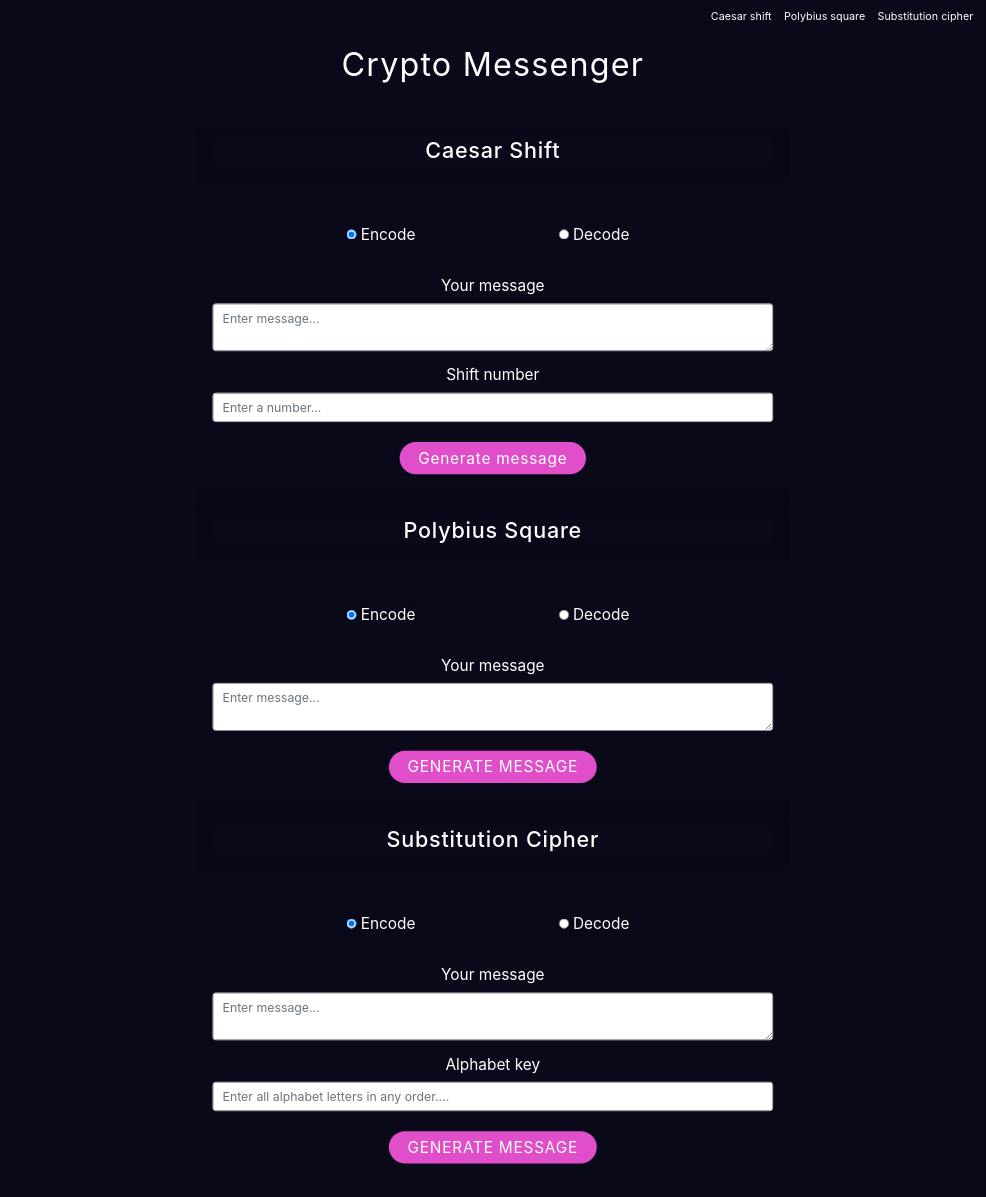
Repository: Rthompson2548/Project-Decoder-Ring
Page: index.html
An editor plug-in stored every save of this project. The page is shown before and after the next save, followed by the edit.
The browser window is 1280 px wide. The pictures show the whole page, at 77% of full size.

Above is the page before, as saved 2022-04-09 20:26:08.

### index.html
<!DOCTYPE html>
<html lang="en">

<head>
  <!-- Required meta tags -->
  <meta charset="utf-8" />
  <meta name="viewport" content="width=device-width, initial-scale=1, shrink-to-fit=no" />
  <link rel="icon" href="images/favicon.ico" />
  <link rel="stylesheet" type="text/css" href="index.css" />
  <link rel="stylesheet" href="https://stackpath.bootstrapcdn.com/bootstrap/4.5.2/css/bootstrap.min.css"
    integrity="sha384-JcKb8q3iqJ61gNV9KGb8thSsNjpSL0n8PARn9HuZOnIxN0hoP+VmmDGMN5t9UJ0Z" crossorigin="anonymous" />
<link rel="preconnect" href="https://fonts.googleapis.com">
<link rel="preconnect" href="https://fonts.gstatic.com" crossorigin>
<link href="https://fonts.googleapis.com/css2?family=Archivo&family=Montserrat&family=Work+Sans&display=swap"
  rel="stylesheet">
  <title>Crypto-Messenger</title>
</head>

<body>
  <header class="container-fluid border-0">
    <div class="nav-bar fixed-top">
      <div class="nav-bar">
        <a href="#caesar-shift"> <span class="nav-bar-item">
            Caesar shift
          </span> </a>
          <a href="#polybius-square"> <span class="nav-bar-item">
            Polybius square
          </span> </a>
          <a href="#substitution-cipher"> <span class="nav-bar-item">
            Substitution cipher
          </span> </a>
      </div>
    </div>
  </header>
  <main>
    <div class="header">
      <span class="page-title">
        Crypto Messenger
      </span>
      <!-- <p>Use ciphers to encode & decode messages</p> -->
      </div>

    <div class="page-content">
      <!-- Caesar Shift -->
      <section>
        <div class="language-card" id="caesar-shift">
          <div class="card-header">
            <h2 class="language-card-title">Caesar Shift</h2>
            </div>
            <div class="card-body">

            <form id="caesar">
<!-- encode/decode radio option buttons -->
              <div class="encode-decode-options">
                <!-- encode option radio button -->
                <div class="form-check form-check-inline">
                  <input class="form-check-input" type="radio" name="caesar-options" id="caesar-options-encode" value="encode" checked />

                  <label class="form-check-label" for="caesar-options-encode">
                    Encode
                  </label>

                </div>
<!-- decode option radio button -->
                <div class="form-check form-check-inline">
                  <input class="form-check-input" type="radio" name="caesar-options" id="caesar-options-decode" value="decode" />

                  <label class="form-check-label" for="caesar-options-decode">
                    Decode
                  </label>

                </div>
              </div>

              <div class="form-group">
                <label for="caesar-input">Your message</label>
                <textarea class="form-control" id="caesar-input" rows="2" placeholder="Enter message..."></textarea>
                </div>
                <div class="form-group">
                  <label for="caesar-shift">Shift number</label>
                  <input type="number" class="form-control" id="caesar-shift" placeholder="Enter a number..." />
                </div>
              <div class="submit-button-container">
                <button class="submit-button" type="submit">Generate message</button>
              </div>
            </form>
            </div>
          <div id="caesar-alert" class="alert alert-danger d-none" role="alert"> Something went wrong! Check your input
            and the shift amount and try again. </div>
          <div class="card-footer"><span class="font-weight-bold" id="caesar-output"></span> </div>
          </div>
          </section>
      <!-- Polybius -->
      <section>
        <div class="language-card" id="polybius-square">
          <div class="card-header">
            <h2 class="language-card-title">Polybius Square</h2>
            </div>
            <div class="card-body">
            <!-- <p class="language-card-description"> The Polybius Square is a cipher that is achieved by arranging a
              typical alphabet into a grid. Each letter is represented through a coordinate. For example, in the above
              table, the letter "B" would be represented by the numerical pair "21". </p> -->
            <form id="polybius">
              <div class="encode-decode-options">
                <div class="form-check form-check-inline">
                  <input class="form-check-input" type="radio" name="polybius-options" id="polybius-options-encode" value="encode"
                    checked />
                  <label class="form-check-label" for="polybius-options-encode">Encode</label>
                </div>
                <div class="form-check form-check-inline">
                  <input class="form-check-input" type="radio" name="polybius-options" id="polybius-options-decode" value="decode" />
                  <label class="form-check-label" for="polybius-options-decode">Decode</label>
                </div>
              </div>
              <div class="form-group">
                <label for="polybius-input">Your message</label>
                <textarea class="form-control" id="polybius-input" rows="2" placeholder="Enter message..."></textarea>
                </div>
              <div class="submit-button-container">
                <button class="submit-button" type="submit">GENERATE MESSAGE</button>
              </div>
            </form>
            </div>
          <div id="polybius-alert" class="alert alert-danger d-none" role="alert"> Something went wrong! Check your
            input and try again. </div>
          <div class="card-footer"><span class="font-weight-bold" id="polybius-output"></span> </div>
          </div>
          </section>
      <!-- Substitution -->
      <section id="substitution-cipher">
        <div class="language-card">
          <div class="card-header">
            <h2 class="language-card-title">Substitution Cipher</h2>
            </div>
            <div class="card-body">

            <form id="substitution">
              <div class="encode-decode-options">
                <div class="form-check form-check-inline">
                  <input class="form-check-input" type="radio" name="substitution-options" id="substitution-options-encode"
                    value="encode" checked />
                  <label class="form-check-label" for="substitution-options-encode">Encode</label>
                </div>
                <div class="form-check form-check-inline">
                  <input class="form-check-input" type="radio" name="substitution-options" id="substitution-options-decode"
                    value="decode" />
                  <label class="form-check-label" for="substitution-options-decode">Decode</label>
                </div>
              </div>
              <div class="form-group">
                <label for="substitution-input">Your message</label>
                <textarea class="form-control" id="substitution-input" rows="2" placeholder="Enter message..."></textarea>
                </div>
                <div class="form-group">
                  <label for="substitution-alphabet">Alphabet key</label>
                  <input type="text" class="form-control" id="substitution-alphabet" maxlength="26"
                    placeholder="Enter all alphabet letters in any order...." />
                </div>
              <div class="submit-button-container">
                <button class="submit-button" type="submit">GENERATE MESSAGE</button>
              </div>
            </form>
            </div>
          <div id="substitution-alert" class="alert alert-danger rounded-0 d-none" role="alert"> Something went wrong!
            Check your input and alphabet key. </div>
          <div class="card-footer border-0"><span class="font-weight-bold" id="substitution-output"></span> </div>
          </div>
          </section>
    </div>

  </main>
  <script src="./scripts/setup.js"></script>
  <script src="./src/caesar.js"></script>
  <script src="./src/polybius.js"></script>
  <script src="./src/substitution.js"></script>
  <script src="./scripts/caesar.js"></script>
  <script src="./scripts/polybius.js"></script>
  <script src="./scripts/substitution.js"></script>
</body>

</html>

### index.css
* {
  background-color: rgb(9 9 25);
  color: #fff;
  margin: 0;
  padding: 0;
}

html, body, #page {
    margin:0;
    padding:0;
    font-family: 'Montserrat', sans-serif;
}

input, textarea {
  font-size: 16px !important;
}

.page-content {
  align-items: center;
}

.page-title {
  color: #fff;
  font-size: 42px;
  font-weight: medium;
  display: flex;
  letter-spacing: 1.5px;
  justify-content: center;
  margin: 52px 0;
}

.nav-bar {
  display: flex;
  justify-content: center;
  padding: 4px 0;
}

.nav-bar-item {
  font-size: 14px;
  margin-right: 16px;
}

.header {
  display: flex;
  justify-content: center;
}

.encode-decode-options {
  display: flex;
  justify-content: space-evenly;
  margin: 36px 0;
  font-size: 15px;
}

section {
  text-align: center;
}

label {
  font-size: 20px;
}

.language-card {
  display: inline-block;
  width: 60%;
  color: #000;
  border: none;
  border-radius: 8px;
  /* margin-top: 42px; */
}

.language-card-title {
  font-size: 28px !important;
  letter-spacing: 1px;
  font-weight: light !important;
  /* margin-top: 50px; */
}

.language-card-description {
  line-height: 1.5rem;
  letter-spacing: 0.5px;
  margin-bottom: 18px;
}

.submit-button-container {
  display: flex;
  justify-content: center;
}

.submit-button {
  background-color: rgb(225 78 202);
  border: none;
  color: #fff;
  border-radius: 25px;
  padding: 6px 24px;
  margin-top: 10px;
  font-size: 20px;
  letter-spacing: 1px;
}

@media (min-width: 1000px) {

  .page-content {

  }

  .nav-bar {
    justify-content: end;
  }

  .language-card-title {
    font-size: 16px;
  }

  .language-card-description {
    font-size: 12px;
  }


}

### src/caesar.js
const caesarModule = (function() {
    function caesar(input, shift, encode = true) {
        if (!shift || shift === 0 || shift < -25 || shift > 25) return false;
        /* create a variable that takes the input value and converts it to lower case letters so that all characters have the correct ascii values */
        let word = input.toLowerCase().split("");

        /** will subtract the shift value from the word if "decode" to return the original letters of the word */
        if (!encode) shift = 0 - shift;
        // create a variable that maps each letter of the word
        const message = word.map((letter) => {
            let asciiValue = letter.charCodeAt(0) - 97;
            if (asciiValue < 0 || asciiValue > 26) return letter;

            /* add the ascii code value of the letter to the
            shift argument value to convert  it to the right
            character */
            asciiValue += shift;

            /* if the character's value is less than the 'a' value,
            add 26 to it so that it wraps around the alphabet. */
            if (asciiValue < 0) asciiValue += 26;
            asciiValue = asciiValue % 26;

            /* why do we add the ascii value to 97, which is 'a', if
            we already added it's ascii value to shift? Isn't that how
            we encode the message? */

            asciiValue += 97;

            /* user String.fromCharCode to connect the ascii
            code message back to letter values */
            return String.fromCharCode(asciiValue);
        });

        /* join each new character together to create a full word */
        return message.join("");
    }


    return {
        caesar,
    };
})();

module.exports = {
    caesar: caesarModule.caesar
};

### src/polybius.js
const polybiusModule = (function() {
    function polybius(input, encode = true) {
        /* create a variable that takes the input message, converts it all to lowercase, and use split to return an array of each letter separated by a single comma */
        const split = input.toLowerCase().split("");
        /* create an array of every letter(s) in the polybius square. This array will be separated into multiple inner arrays of letters within the array according to their row */
        const polybiusSquare = [
            ["a", "b", "c", "d", "e"],
            ["f", "g", "h", "(i/j)", "k"],
            ["l", "m", "n", "o", "p"],
            ["q", "r", "s", "t", "u"],
            ["v", "w", "x", "y", "z"],
        ];
        /* create an if statement for what to do if the inputted message should be encoded */
        if (encode) {
            /* create a variable that uses map method on the lowercase message */
            const codedMessage = split.map((letter) => {
                /* create a variable that takes each character from the inputted message array and converts it into it's unicode value. */
                const asciiLetterValue = letter.charCodeAt(0);
                /* use an if statement to return only characters between
                   lowercase 'a' and 'z' ascii values, as well as checking that
                   the character is not a space  */
                if ((asciiLetterValue < 97 || asciiLetterValue > 122) && asciiLetterValue != 32) return;
                /* run a for loop through the polybius square array */
                for (let i = 0; i < polybiusSquare.length; i++) {
                    /* run a for loop within that for loop through each inner array */
                    for (let j = 0; j < polybiusSquare[i].length; j++) {
                        if (polybiusSquare[i][j] === letter) return `${j + 1}${i + 1}`;
                        if (letter === "i" || letter === "j") return "42";
                        if (letter === " ") return " ";
                    }
                }
            });
            /* return the variable that split and lower case'd the original message argument */
            return codedMessage.join("");
        }

        /* decode */

        /* set a variable as an empty string to hold decoded message */
        let codedMessage = "";
        /* run a for loop through the message array, but increment i by 2, because each encoded character amounts to 2 number values */
        for (let i = 0; i < split.length; i += 2) {
            /* create an if statement that checks if the value in the message is a space */
            if (split[i] === " ") {
                /* if the value is true, then add a space string to the decoded message string */
                codedMessage += " ";
                /* switch incrementor to go back one "a" value in order to not include the next number in the string */
                i--;
                /* run a continue statement, which will terminate the i-1 incrementor and return back to a+=2 for the next numbers in the string*/
                continue;
            }
            if (!split[i + 1]) return false; // invalid number of characters
            codedMessage += polybiusSquare[split[i + 1] - 1][split[i] - 1];
        }
        // return the coded message

        return codedMessage;
    }

    return {
        polybius,
    };
})();

module.exports = {
    polybius: polybiusModule.polybius
};

### src/substitution.js
const substitutionModule = (function () {
/* helper function for message and both alphabet strings */
    function mapInput(message, alphabetA, alphabetB) {

        /* use the map method on the input message */
        return message.map((letter) => {
            const index = alphabetA.indexOf(letter);
            /* if statement that returns any characters that
             were not found in the string */
            if (index === -1) return letter;
            return alphabetB[index];
        });
    }

  function substitution(input, alphabet, encode = true) {
        if (!alphabet || alphabet.length != 26) return false;

        /* variable that takes the correct alphabet
        string and returns an array of the letters, separated by a comma */
        const abc = "abcdefghijklmnopqrstuvwxyz".split("");

        /* variable that takes the alphabet argument and
        returns it in lower case, separated by commas */
        const splitAlphabet = alphabet.toLowerCase().split("");

        /* variable that takes the message argument,
        and returns it converted to lower case and separated
        by commas */
        const message = input.toLowerCase().split("");

        /* use a nested for loop to compare the characters
          in the alphabet argument to check for uniqueness */
        for (let i = 0; i < splitAlphabet.length; i++) {
            for (let j = i + 1; j < splitAlphabet.length; j++) {
                if (splitAlphabet[i] === splitAlphabet[j]) return false;
            }
        }

        if (encode) return mapInput(message, abc, splitAlphabet).join("");
        return mapInput(message, splitAlphabet, abc).join("");
}

  return {
    substitution,
  };
})();

module.exports = { substitution: substitutionModule.substitution };

### scripts/caesar.js
function caesarRenderer() {

  const form = document.querySelector("#caesar");

  form.addEventListener("submit", (event) => {
    event.preventDefault();

    /** grabs input value via the textarea's id */
    const input = event.target["caesar-input"].value;

    /** direction will be either "encode" or "decode" */
    const direction = event.target["caesar-options"].value;

    /** grabs the value of the shift number input (aka the number to shift the message by) */
    const shift = event.target["caesar-shift"].value;

    /** sets the value of the shift in integer form */
    const result =
      direction === "encode"
        ? caesarModule.caesar(input, Number(shift))
        : caesarModule.caesar(input, Number(shift), false);

    const alert = document.querySelector("#caesar-alert");

    if (result) {
      alert.classList.add("d-none");
      const output = document.querySelector("#caesar-output");
      output.innerHTML = result;
    } else {
      alert.classList.remove("d-none");
    }
  });
}

document.addEventListener("DOMContentLoaded", caesarRenderer);

### scripts/polybius.js
function polybiusRenderer() {
  const form = document.querySelector("#polybius");
  form.addEventListener("submit", (event) => {
    event.preventDefault();

    const input = event.target["polybius-input"].value;
    const direction = event.target["polybius-options"].value;
    const result =
      direction === "encode"
        ? polybiusModule.polybius(input)
        : polybiusModule.polybius(input, false);

    const alert = document.querySelector("#polybius-alert");
    if (result) {
      alert.classList.add("d-none");
      const output = document.querySelector("#polybius-output");
      output.innerHTML = result;
    } else {
      alert.classList.remove("d-none");
    }
  });
}

document.addEventListener("DOMContentLoaded", polybiusRenderer);

### scripts/substitution.js
function substitutionRenderer() {
  const form = document.querySelector("#substitution");
  form.addEventListener("submit", (event) => {
    event.preventDefault();

    const input = event.target["substitution-input"].value;
    const direction = event.target["substitution-options"].value;
    const alphabet = event.target["substitution-alphabet"].value;
    const result =
      direction === "encode"
        ? substitutionModule.substitution(input, alphabet)
        : substitutionModule.substitution(input, alphabet, false);

    const alert = document.querySelector("#substitution-alert");
    if (result) {
      alert.classList.add("d-none");
      const output = document.querySelector("#substitution-output");
      output.innerHTML = result;
    } else {
      alert.classList.remove("d-none");
    }
  });
}

document.addEventListener("DOMContentLoaded", substitutionRenderer);

Loaded but not shown: scripts/setup.js (common file)

After the next save:
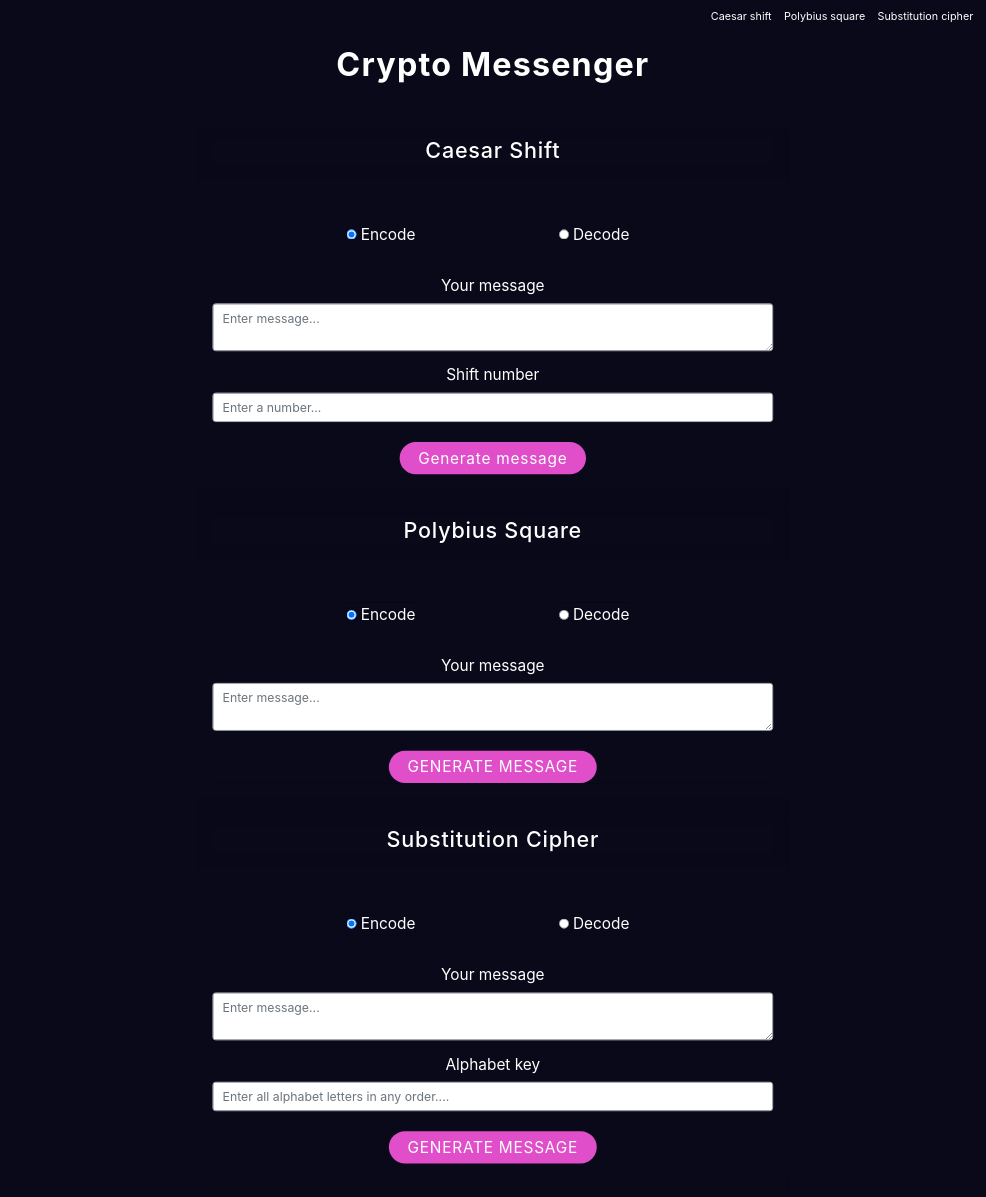
Saved 7 s later.
--- a/index.css
+++ b/index.css
@@ -22,7 +22,7 @@ input, textarea {
 .page-title {
   color: #fff;
   font-size: 42px;
-  font-weight: medium;
+  font-weight: bold;
   display: flex;
   letter-spacing: 1.5px;
   justify-content: center;
